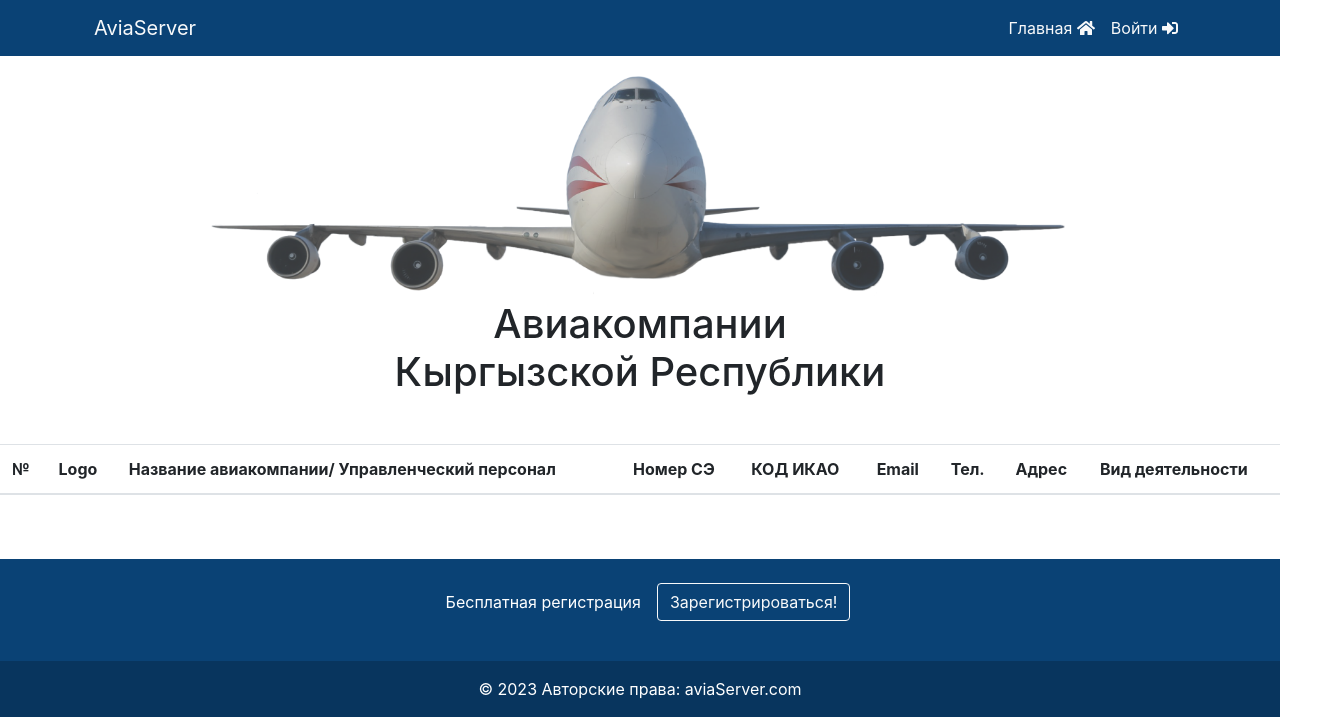
Repository: sulimonn/aviaServer
Page: products/templates/products/index.html
An editor plug-in stored every save of this project. The page is shown before and after the next save, followed by the edit.
The browser window is 1280 px wide. The page is 1280 px wide, then 1328 px, so the pictures cover 1328 px, including what lies to the right of the window. The pictures show the whole page.
Some web libraries are served in a nearby version. The template is drawn by Django 4.2. The application's start-up code is not run. The template is opened directly, without the code that normally fills it, so the values that code supplies are empty.

Above is the page before, as saved 2023-08-14 20:29:41.

After the next save:
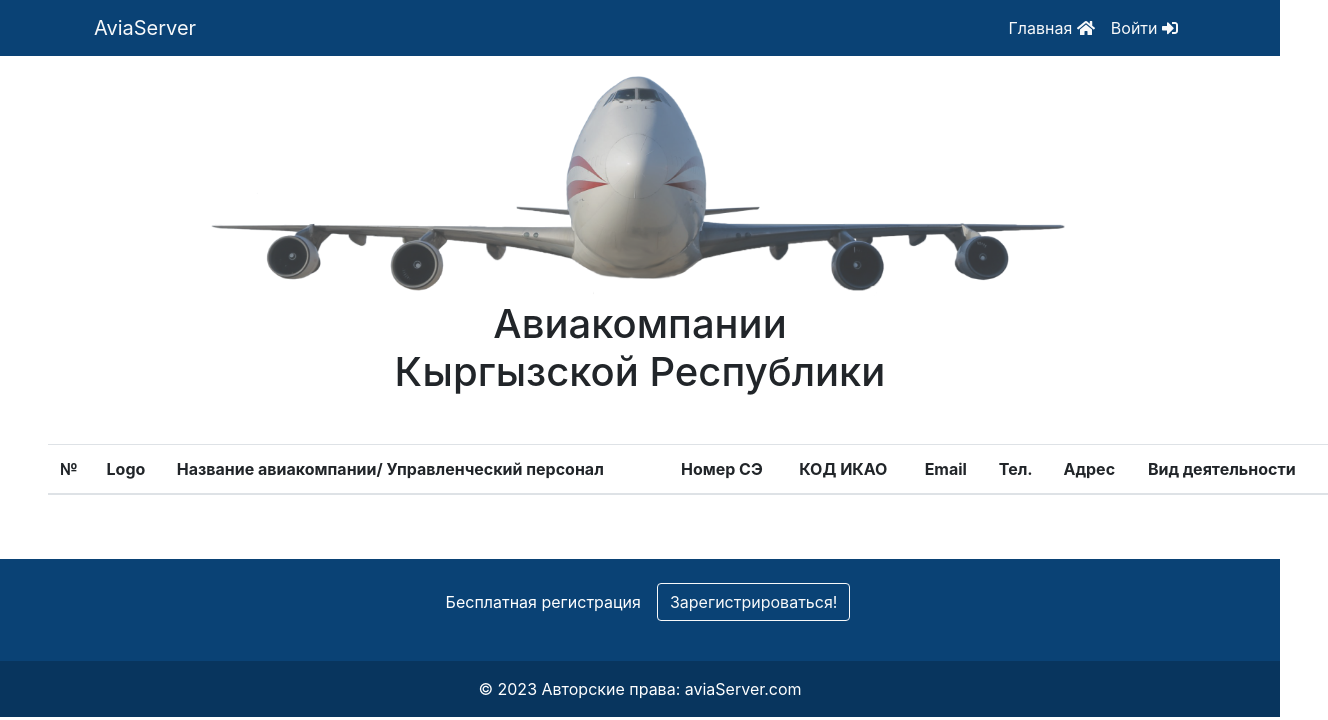
Saved 11 s later.
--- a/products/templates/products/index.html
+++ b/products/templates/products/index.html
@@ -13,7 +13,7 @@
 <div class="d-flex">
     <h1 align="center" class="m-auto pb-5">Авиакомпании <br> Кыргызской Республики</h1>
 </div>
-<table class="table px-5">
+<table class="table mx-5">
   <thead>
     <tr>
       <th scope="col">№</th>
